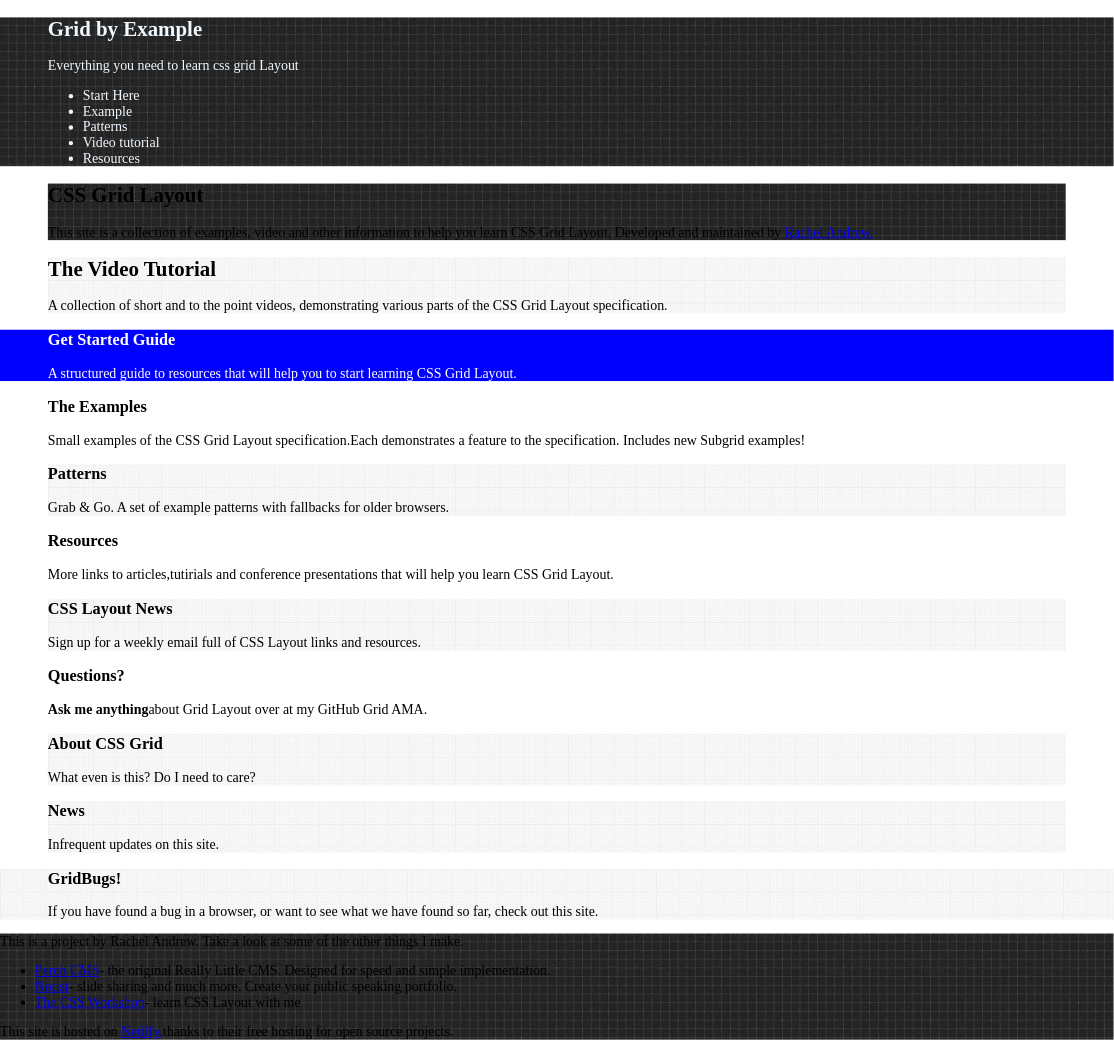
Repository: sitikhusushan/grid
Page: index.html
These files come from the project's save history. The page is drawn as it stood at one moment and after the next save; the edit follows.
The browser window is 1280 px wide. The pictures show the whole page, at 87% of full size.

Above is the page before, as saved 2020-05-12 14:13:41.

### index.html
<!DOCTYPE html>
<html lang="en">
  <head>
    <meta charset="UTF-8" />
    <meta name="viewport" content="width=device-width, initial-scale=1.0" />
    <title>Grid View</title>
    <link rel="stylesheet" href="style.css" />
  </head>
  <body>
    <div class="header">
      <div class="container">
        <h2>Grid by Example</h2>
        <p>Everything you need to learn css grid Layout</p>
        <ul>
          <li>Start Here</li>
          <li>Example</li>
          <li>Patterns</li>
          <li>Video tutorial</li>
          <li>Resources</li>
        </ul>
      </div>
    </div>
    <div class="layout">
      <div class="container">
        <div class="left">
          <h2>CSS Grid Layout</h2>
          <p>
            This site is a collection of examples, video and other information
            to help you learn CSS Grid Layout. Developed and maintained by
            <a href="#">Rachel Andrew.</a>
          </p>
        </div>
        <div class="right">
          <h2>The Video Tutorial</h2>
          <p>
            A collection of short and to the point videos, demonstrating various
            parts of the CSS Grid Layout specification.
          </p>
        </div>
      </div>
    </div>
    <div class="guide">
      <div class="container">
        <h3>Get Started Guide</h3>
        <p>
          A structured guide to resources that will help you to start learning
          CSS Grid Layout.
        </p>
      </div>
    </div>
    <div class="new">
      <div class="container">
        <div class="left">
          <h3>The Examples</h3>
          <p>
            Small examples of the CSS Grid Layout specification.Each
            demonstrates a feature to the specification. Includes new Subgrid
            examples!
          </p>
        </div>
        <div class="right">
          <h3>Patterns</h3>
          <p>
            Grab & Go. A set of example patterns with fallbacks for older
            browsers.
          </p>
        </div>
      </div>
    </div>
    <div class="resources">
      <div class="container">
        <div class="left">
          <h3>Resources</h3>
          <p>
            More links to articles,tutirials and conference presentations that
            will help you learn CSS Grid Layout.
          </p>
        </div>
        <div class="right">
          <h3>CSS Layout News</h3>
          <p>
            Sign up for a weekly email full of CSS Layout links and resources.
          </p>
        </div>
      </div>
    </div>
    <div class="question">
      <div class="container">
        <div class="left">
          <h3>Questions?</h3>
          <p>
            <b>Ask me anything</b>about Grid Layout over at my GitHub Grid AMA.
          </p>
        </div>
        <div class="middle">
          <h3>About CSS Grid</h3>
          <p>What even is this? Do I need to care?</p>
        </div>
        <div class="right">
          <h3>News</h3>
          <p>Infrequent updates on this site.</p>
        </div>
      </div>
    </div>
    <div class="bugs">
      <div class="container">
        <h3>GridBugs!</h3>
        <p>
          If you have found a bug in a browser, or want to see what we have
          found so far, check out this site.
        </p>
      </div>
    </div>
  <footer>
    <div class="foo">
      <div class="container"></div>
      <p>This is a project by Rachel Andrew. Take a look at some of the other things I make.
        <ul>
          <li><a href="#">Perch CMS</a>- the original Really Little CMS. Designed for speed and simple implementation.</li>
          <li><a href="#">Notist</a>- slide sharing and much more. Create your public speaking portfolio.</li>
          <li><a href="#">The CSS Workshop</a>- learn CSS Layout with me</li>
        </ul>
        This site is hosted on <a href="#">Netilfy,</a>thanks to their free hosting for open source projects.
      </p>
    </div>
  </footer>
  </body>
</html>

### style.css
body {
  padding: 0px;
  margin: 0px;
}

.container {
  width: 1170px;
  margin-left: auto;
  margin-right: auto;
  max-width: 100%;
  padding-left: 15px;
  padding-right: 15px;
}

.header {
  background-image: url("image/inflicted.png");
  color: aliceblue;
}

.layout .left {
  background-image: url("image/inflicted.png");
}

.right {
  background-image: url("image/tiny_grid.png");
}

.guide {
  background-color: blue;
  color: #ffffff;
}

.right {
  background-image: url("image/tiny_grid.png");
}

.middle {
  background-image: url("image/tiny_grid.png");
}

.bugs {
  background-image: url("image/tiny_grid.png");
}

footer {
  background-image: url("image/inflicted.png");
}

After the next save:
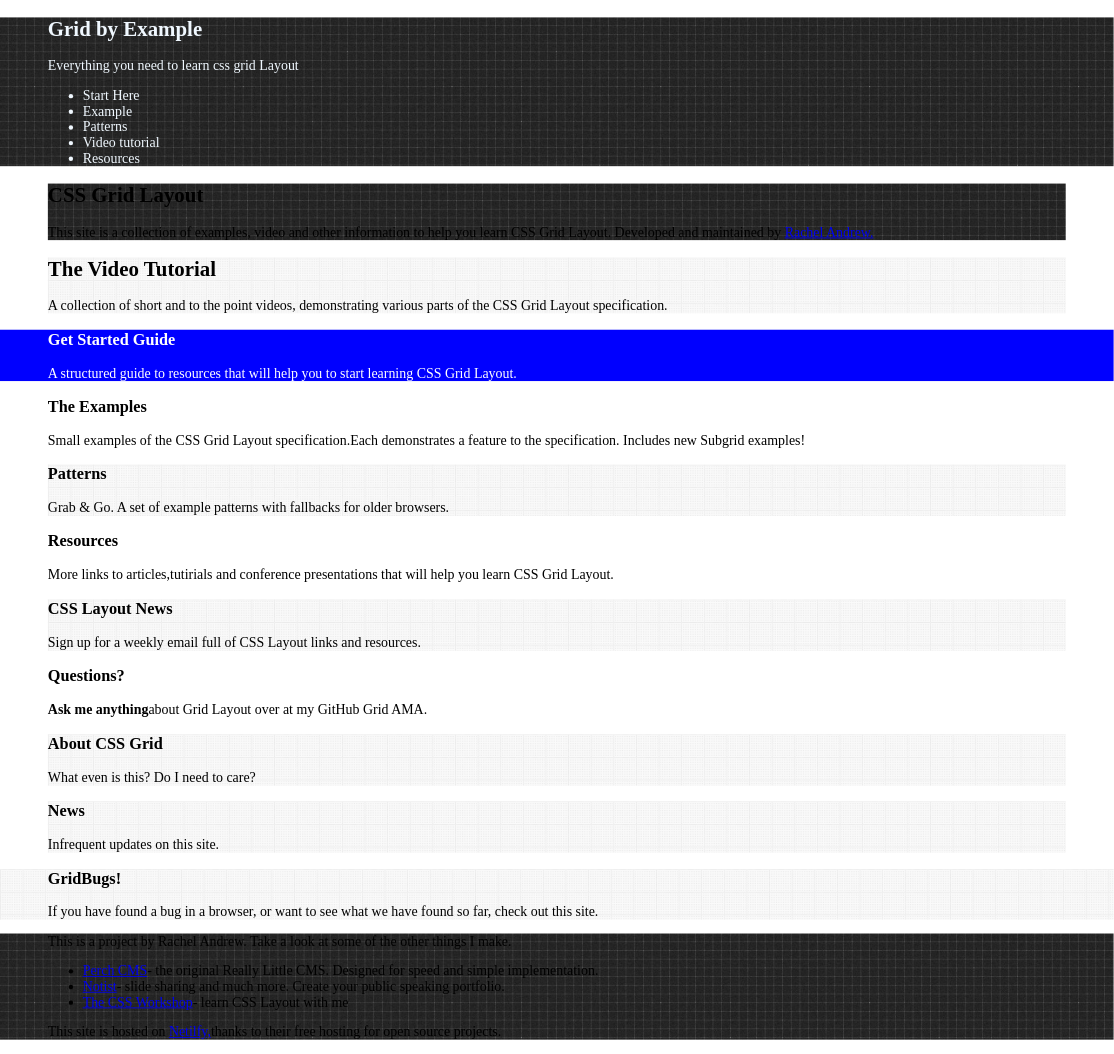
Saved 15 s later.
--- a/index.html
+++ b/index.html
@@ -113,7 +113,7 @@
     </div>
   <footer>
     <div class="foo">
-      <div class="container"></div>
+      <div class="container">
       <p>This is a project by Rachel Andrew. Take a look at some of the other things I make.
         <ul>
           <li><a href="#">Perch CMS</a>- the original Really Little CMS. Designed for speed and simple implementation.</li>
@@ -122,6 +122,7 @@
         </ul>
         This site is hosted on <a href="#">Netilfy,</a>thanks to their free hosting for open source projects.
       </p>
+      </div>
     </div>
   </footer>
   </body>
